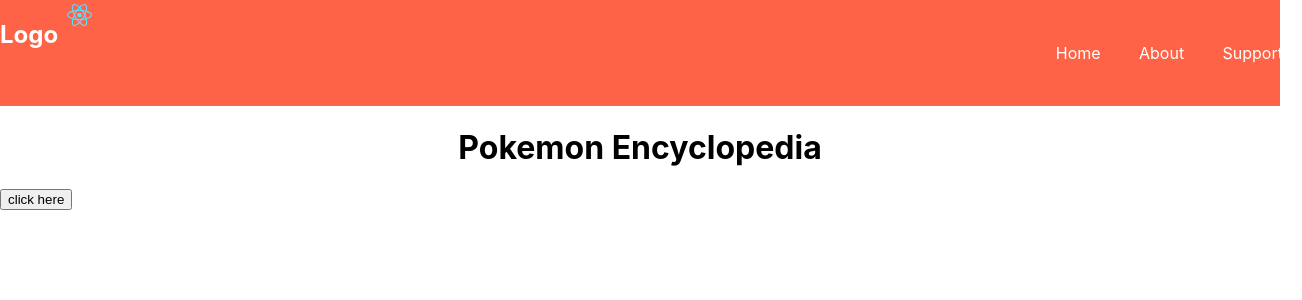
Repository: Gibberlin/pokedex
Page: /
The author's editor kept a copy of each file at every save. The page is drawn from the files as they stood at one save, then again after the next save.
The browser window is 1280 px wide. The page is 1302 px wide, so the pictures cover 1302 px, including what lies to the right of the window. The pictures show the whole page.
The page's requests for data from a server got no answer. The project was rebuilt for these pictures with package versions that can differ from the ones it lists, and the page was loaded fresh each time. No one was signed in, and anything a server would have sent is missing.

Above is the page before, as saved 2021-09-29 01:32:01.

### src/App.js
import logo from './logo.svg';
import Nav from "./components/Nav"
import './App.css';
import './components/Cards';
import Cards from './components/Cards';

function App() {
  return (
    <div>
    <Nav />
    <h1>Pokemon Encyclopedia</h1>
    <Cards />
    </div>
  );
}

export default App;

### src/components/Nav.js
import React from 'react'
import logo from "../logo.svg";
import "../App.css";
const Nav = () => {
    return (
        <nav>
        <h1>Logo</h1>
            <img src={logo} alt="Poke" height="30px"/>

            <ul>
                <li>Home</li>
                <li>About</li>
                <li>Support</li>
            </ul>
        </nav>
    )
}

export default Nav

### src/App.css
ul {
  margin-left: 70%;
  list-style-type: none;
  display: flex;
}
li {
  margin: 0.2rem;
  padding: 1.5rem 1rem 1.5rem 1rem;
  cursor: pointer;
  border-radius: 5px;
}
nav {
  display: flex;
  background: tomato;
  color: #fff;
}
li:hover {
  color: #18f;
  background-color: #fff;
}
h1 {
  text-align: center;
}

### src/components/Cards.js
import React,{useState} from 'react'
import Axios from 'axios'



const Cards = () => {
    const [poke,gPoke]= useState("");
    const [sp,setSp]=useState("")
    const [query,setQuery]=useState("");
    const getPoke=()=>{

        Axios.get("https://pokeapi.co/api/v2/pokemon/geodude").then((Response)=>{
            console.log(Response);

                gPoke(Response.data.name);
                setSp(Response.data.sprites);



        })
    }


    return (
        <div className="card">

            <h1>{poke}</h1>
            <img src={sp} />
            <button onClick={getPoke()}>click here</button>

        </div>
    )
}

export default Cards

Loaded but not shown: public/index.html (common file); src/index.js (common file); src/index.css (common file)

After the next save:
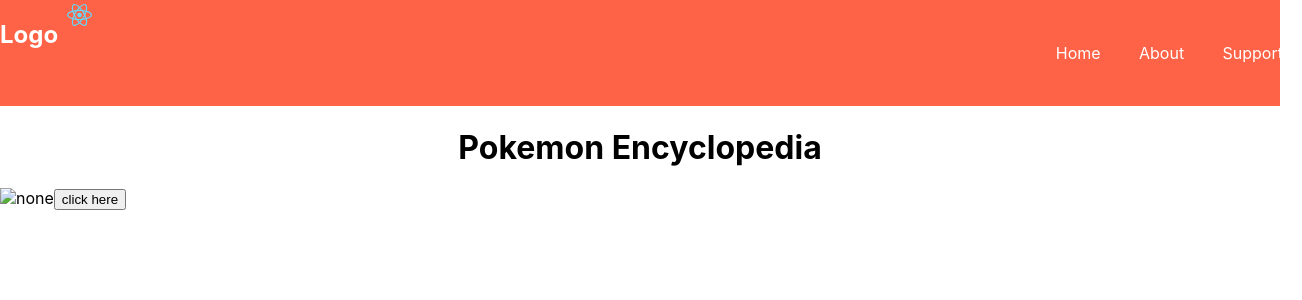
Saved 11 s later.
--- a/src/components/Cards.js
+++ b/src/components/Cards.js
@@ -25,7 +25,7 @@
         <div className="card">
 
             <h1>{poke}</h1>
-            <img src={sp} />
+            <img src={sp} alt="none"/>
             <button onClick={getPoke()}>click here</button>
 
         </div>
